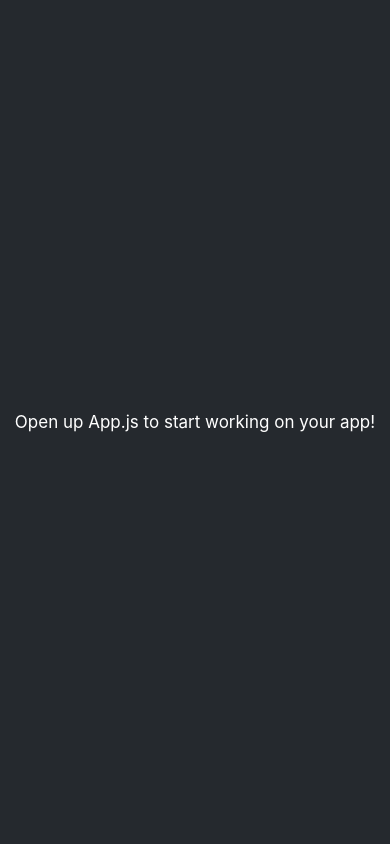
Repository: Ghostlybot16/Capstone_Proj
Screen: /
The author's editor kept a copy of each file at every save. The screen is drawn from the files as they stood at one save, then again after a run of saves.
The app was drawn by React Native's web renderer in a window 390 px wide. The project was rebuilt for these pictures with package versions that can differ from the ones it lists, and the page was loaded fresh each time.

Above is the screen before, as saved 2024-09-21 09:22:59.

### App.js
import { StatusBar } from 'expo-status-bar';
import { StyleSheet, Text, View } from 'react-native';

export default function App() {
  return (
    <View style={styles.container}>
      <Text style={{color:"#fff", fontSize:"17px"}}>Open up App.js to start working on your app!</Text>
      <StatusBar style="auto" />
    </View>
  );
}

const styles = StyleSheet.create({
  container: {
    flex: 1,
    backgroundColor: '#25292e',
    alignItems: 'center',
    justifyContent: 'center',
  },
});

After the next 2 saves:
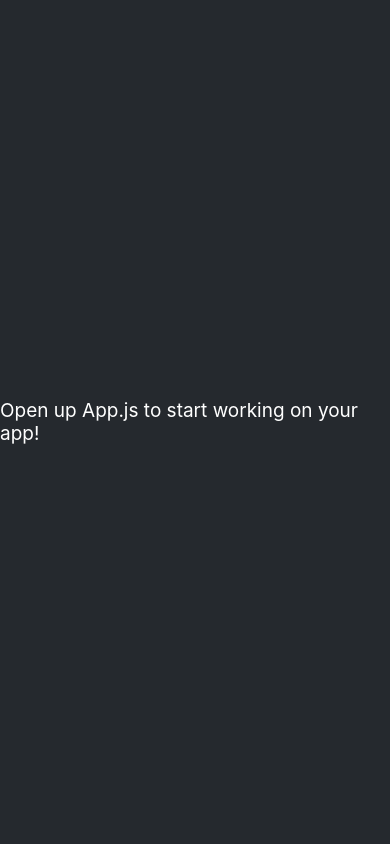
The 2 saves are shown as one change because they came seconds apart.
The last was saved 12 s later.
--- a/App.js
+++ b/App.js
@@ -4,7 +4,7 @@ import { StyleSheet, Text, View } from 'react-native';
 export default function App() {
   return (
     <View style={styles.container}>
-      <Text style={{color:"#fff", fontSize:"17px"}}>Open up App.js to start working on your app!</Text>
+      <Text style={{color:"#fff", fontSize:"19px"}}>Open up App.js to start working on your app!</Text>
       <StatusBar style="auto" />
     </View>
   );
